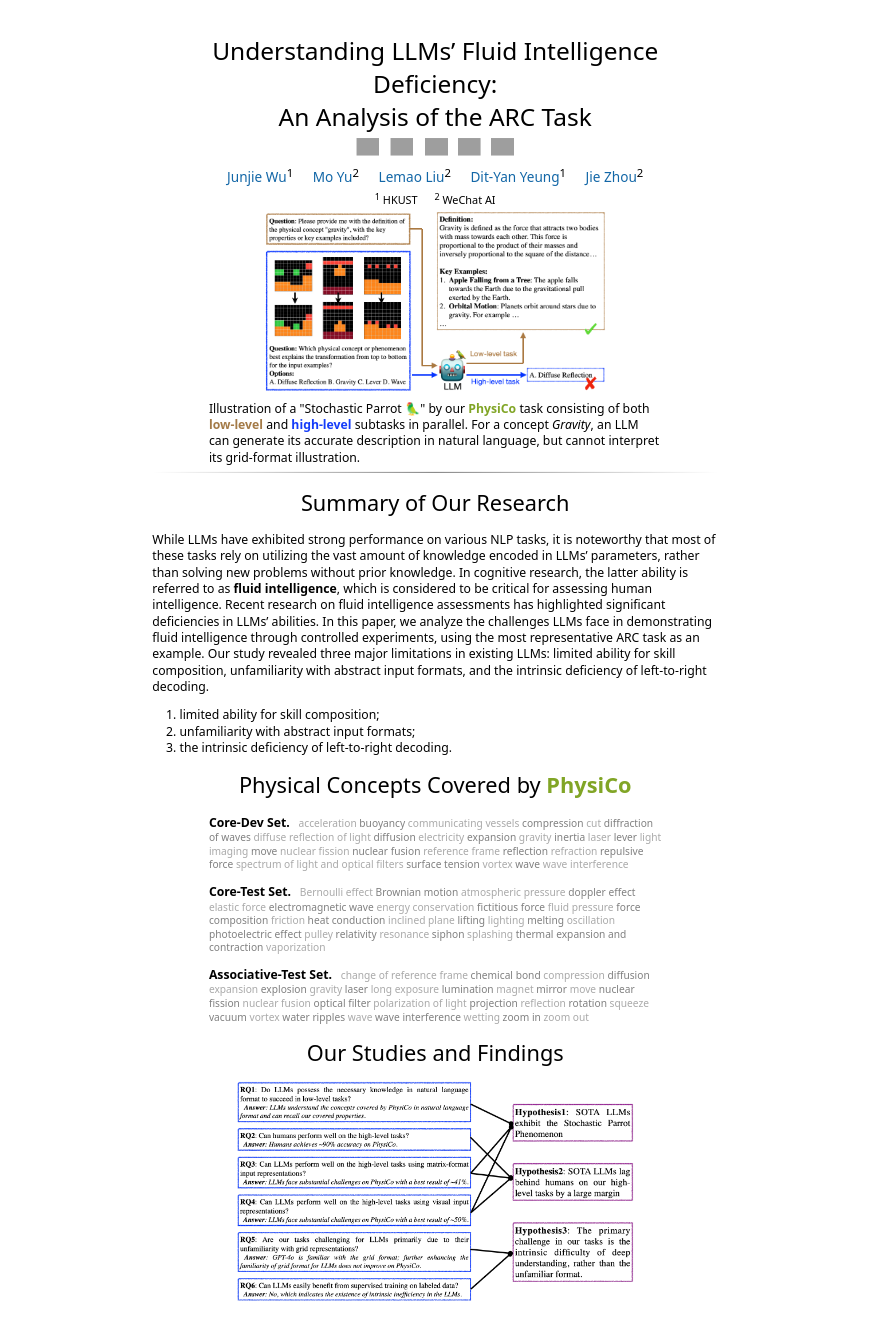
Repository: wujunjie1998/araoc-benchmark.github.io
Page: index.html
The author's editor kept a copy of each file at every save. The page is drawn from the files as they stood at one save, then again after the next save.
The browser window is 1280 px wide. The pictures show the whole page, at 68% of full size.
Pictures or frames that could not be fetched are drawn as grey boxes.

Above is the page before, as saved 2025-02-07 21:14:11.

### index.html
<html>
  <head>
    <title>
      Understanding LLMs’ Fluid Intelligence Deficiency: An Analysis of the ARC Task
    </title>
    <link
      rel="icon"
      href="data:[embedded picture, 137 characters]"
    />
    <meta charset="UTF-8" />
    <meta name="viewport" content="width=device-width, initial-scale=1" />
    <link rel="stylesheet" href="./css/index.css" />
  </head>

  <body>
    <div class="header">
      <div class="paper-title">
        Understanding LLMs’ Fluid Intelligence Deficiency:
        <br />
        An Analysis of the ARC Task
      </div>
      <div>
        <!-- * Paper -->
        <span class="link-block">
          <a target="_blank" href="./paper.pdf"
            ><img
              class="badge"
              src="https://img.shields.io/badge/Paper-PDF-red?&labelColor=lightgray&logo=arxiv&logoColor=brown" /><img
          /></a>
        </span>
        <!-- * Dataset -->
        <span class="link-block">
          <a
            target="_blank"
            href="https://huggingface.co/datasets/ShunchiZhang/PhysiCo/"
            ><img
              class="badge"
              src="https://img.shields.io/badge/HuggingFace-Dataset-yellow?labelColor=lightgray&logo=huggingface" /><img
          /></a>
        </span>
        <!-- * Code -->
        <span class="link-block">
          <a target="_blank" href="https://github.com/physico-benchmark/physico"
            ><img
              class="badge"
              src="https://img.shields.io/badge/GitHub-Code-gray?labelColor=lightgray&logo=github&logoColor=gray" /><img /></a
        ></span>
        <!-- * Leaderboard -->
        <span class="link-block">
          <a href="./leaderboard.html"
            ><img
              class="badge"
              src="https://img.shields.io/badge/Leaderboard-Visit-blue?labelColor=lightgray&logo=stackblitz&logoColor=367BAF" /><img /></a
        ></span>
        <!-- * X Threads -->
        <span class="link-block">
          <a href="https://x.com/jieeijjie/status/1876713099752861782"
            ><img
              class="badge"
              src="https://img.shields.io/badge/Threads-black?labelColor=lightgray&logo=x&logoColor=gray" /><img /></a
        ></span>
      </div>
      <div>
        <div class="author-list">
          <span class="author-block"
            ><a href="https://wujunjie1998.github.io/">Junjie Wu</a
            ><sup>1</sup></span
          >
          <span class="author-block"
            ><a href="https://sites.google.com/site/moyunlp/">Mo Yu</a
            ><sup>2</sup></span
          >
          <span class="author-block"
            ><a href="https://lemaoliu.github.io/homepage/">Lemao Liu</a
            ><sup>2</sup></span
          >
          <span class="author-block"
            ><a href="https://sites.google.com/view/dyyeung">Dit-Yan Yeung</a
            ><sup>1</sup></span
          >
          <span class="author-block"
            ><a href="https://openreview.net/profile?id=~Jie_Zhou8">Jie Zhou</a
            ><sup>2</sup></span
          >
        </div>
        <div class="inst-list">
          <span class="institution-block"><sup>1</sup> HKUST</span>
          <span class="institution-block"><sup>2</sup> WeChat AI</span>
        </div>
      </div>
    </div>

    <div class="teaser">
      <center>
        <img src="./img/teaser.png" />
        <figcaption>
          Illustration of a "Stochastic Parrot 🦜" by our
          <span class="dataset-name">PhysiCo</span> task consisting of both
          <b style="color: #a47b48">low-level</b> and
          <b style="color: #153cf9">high-level</b> subtasks in parallel. For a
          concept <i>Gravity</i>, an LLM can generate its accurate description
          in natural language, but cannot interpret its grid-format
          illustration.
        </figcaption>
      </center>
    </div>

    <hr />

    <!-- ^ Summary of Our Research -->
    <center><h1>Summary of Our Research</h1></center>
    <div class="content">
      <!-- <p style="font-size: large; text-align: center">
        <b>TL;DR:</b>
      </p> -->
      <p>
        While LLMs have exhibited strong performance on various NLP tasks, it is noteworthy that most of these tasks rely on utilizing the vast amount of knowledge encoded in LLMs’ parameters, rather than solving new problems without prior knowledge. In cognitive research, the latter ability is referred to as <strong>fluid intelligence</strong>, which is considered to be critical for assessing human intelligence. Recent research on fluid intelligence assessments has highlighted significant deficiencies in LLMs’ abilities. In this paper, we analyze the challenges LLMs face in demonstrating fluid intelligence through controlled experiments, using the most representative ARC task as an example. Our study revealed three major limitations in existing LLMs: limited ability for skill composition, unfamiliarity with abstract input formats, and the intrinsic deficiency of left-to-right decoding.
      </p>
      <ol>
        <li>limited ability for skill composition;</li>
        <li>
          unfamiliarity with abstract input formats;
        </li>
        <li>
          the intrinsic deficiency of left-to-right decoding.
        </li>
      </ol>
    </div>

    <!-- ^ Physical Concepts Covered by `PhysiCo` -->
    <center>
      <h1>
        Physical Concepts Covered by <span class="dataset-name">PhysiCo</span>
      </h1>
    </center>
    <div class="content narrower">
      <p>
        <strong>Core-Dev Set.</strong>&ensp;<span style="font-size: smaller">
          <span style="color: darkgray">acceleration</span>
          <span style="color: gray">buoyancy</span>
          <span style="color: darkgray">communicating vessels</span>
          <span style="color: gray">compression</span>
          <span style="color: darkgray">cut</span>
          <span style="color: gray">diffraction of waves</span>
          <span style="color: darkgray">diffuse reflection of light</span>
          <span style="color: gray">diffusion</span>
          <span style="color: darkgray">electricity</span>
          <span style="color: gray">expansion</span>
          <span style="color: darkgray">gravity</span>
          <span style="color: gray">inertia</span>
          <span style="color: darkgray">laser</span>
          <span style="color: gray">lever</span>
          <span style="color: darkgray">light imaging</span>
          <span style="color: gray">move</span>
          <span style="color: darkgray">nuclear fission</span>
          <span style="color: gray">nuclear fusion</span>
          <span style="color: darkgray">reference frame</span>
          <span style="color: gray">reflection</span>
          <span style="color: darkgray">refraction</span>
          <span style="color: gray">repulsive force</span>
          <span style="color: darkgray"
            >spectrum of light and optical filters</span
          >
          <span style="color: gray">surface tension</span>
          <span style="color: darkgray">vortex</span>
          <span style="color: gray">wave</span>
          <span style="color: darkgray">wave interference</span></span
        >
      </p>
      <p>
        <strong>Core-Test Set.</strong>&ensp;<span style="font-size: smaller">
          <span style="color: darkgray">Bernoulli effect</span>
          <span style="color: gray">Brownian motion</span>
          <span style="color: darkgray">atmospheric pressure</span>
          <span style="color: gray">doppler effect</span>
          <span style="color: darkgray">elastic force</span>
          <span style="color: gray">electromagnetic wave</span>
          <span style="color: darkgray">energy conservation</span>
          <span style="color: gray">fictitious force</span>
          <span style="color: darkgray">fluid pressure</span>
          <span style="color: gray">force composition</span>
          <span style="color: darkgray">friction</span>
          <span style="color: gray">heat conduction</span>
          <span style="color: darkgray">inclined plane</span>
          <span style="color: gray">lifting</span>
          <span style="color: darkgray">lighting</span>
          <span style="color: gray">melting</span>
          <span style="color: darkgray">oscillation</span>
          <span style="color: gray">photoelectric effect</span>
          <span style="color: darkgray">pulley</span>
          <span style="color: gray">relativity</span>
          <span style="color: darkgray">resonance</span>
          <span style="color: gray">siphon</span>
          <span style="color: darkgray">splashing</span>
          <span style="color: gray">thermal expansion and contraction</span>
          <span style="color: darkgray">vaporization</span></span
        >
      </p>
      <p>
        <strong>Associative-Test Set.</strong>&ensp;<span
          style="font-size: smaller"
        >
          <span style="color: darkgray">change of reference frame</span>
          <span style="color: gray">chemical bond</span>
          <span style="color: darkgray">compression</span>
          <span style="color: gray">diffusion</span>
          <span style="color: darkgray">expansion</span>
          <span style="color: gray">explosion</span>
          <span style="color: darkgray">gravity</span>
          <span style="color: gray">laser</span>
          <span style="color: darkgray">long exposure</span>
          <span style="color: gray">lumination</span>
          <span style="color: darkgray">magnet</span>
          <span style="color: gray">mirror</span>
          <span style="color: darkgray">move</span>
          <span style="color: gray">nuclear fission</span>
          <span style="color: darkgray">nuclear fusion</span>
          <span style="color: gray">optical filter</span>
          <span style="color: darkgray">polarization of light</span>
          <span style="color: gray">projection</span>
          <span style="color: darkgray">reflection</span>
          <span style="color: gray">rotation</span>
          <span style="color: darkgray">squeeze</span>
          <span style="color: gray">vacuum</span>
          <span style="color: darkgray">vortex</span>
          <span style="color: gray">water ripples</span>
          <span style="color: darkgray">wave</span>
          <span style="color: gray">wave interference</span>
          <span style="color: darkgray">wetting</span>
          <span style="color: gray">zoom in</span>
          <span style="color: darkgray">zoom out</span></span
        >
      </p>
    </div>

    <!-- ^ Our Studies and Findings -->
    <center><h1>Our Studies and Findings</h1></center>
    <div class="content">
      <!-- <p>Foo Bar</p> -->
      <center>
        <img src="./img/rq.png" width="70%" />
        <!-- <figcaption style="text-align: center">
          6 Research Questions (RQs) and 3 Hypotheses
        </figcaption> -->
      </center>
    </div>
  </body>
</html>

### css/index.css
@import url("https://fonts.googleapis.com/css2?family=Noto+Sans:ital,wght@0,100..900;1,100..900&display=swap");

body {
  font-family: "Noto Sans", sans-serif;
  font-optical-sizing: auto;
  font-style: normal;
  font-variation-settings: "wdth" 100;
  font-weight: 400;
  font-size: 18px;
  margin: 50px auto;
  width: 65%;
}

div.header,
div.teaser,
div.content {
  margin-left: auto;
  margin-right: auto;
}

div.narrower {
  width: 80% !important;
}

div.header div {
  margin: 6px;
  text-align: center;
}

div.teaser img {
  max-width: 60%;
}

.paper-title {
  font-size: 36px;
}

.author-block {
  font-size: 20px;
  margin: 0px 12px;
}

.institution-block {
  font-size: 16px;
  margin: 0px 10px;
}

.note-block {
  color: gray;
  font-size: 16px;
}

.link-block {
  font-size: 24px;
  font-weight: bold;
  margin: 0px 5px;
}

.badge {
  width: auto;
  height: 2vw;
}

.dataset-name {
  font-weight: bold;
  color: #81a526;
}

h1 {
  font-size: 32px;
  font-weight: 300;
}

.disclaimerbox {
  background-color: #eee;
  border: 1px solid #eeeeee;
  border-radius: 10px;
  -moz-border-radius: 10px;
  -webkit-border-radius: 10px;
  padding: 20px;
}

video.header-vid {
  height: 140px;
  border: 1px solid black;
  border-radius: 10px;
  -moz-border-radius: 10px;
  -webkit-border-radius: 10px;
}

figcaption {
  margin: 10px 0px;
  width: 80%;
  text-align: left;
}

img.header-img {
  height: 140px;
  border: 1px solid black;
  border-radius: 10px;
  -moz-border-radius: 10px;
  -webkit-border-radius: 10px;
}

img.rounded {
  border: 1px solid #eeeeee;
  border-radius: 10px;
  -moz-border-radius: 10px;
  -webkit-border-radius: 10px;
}

a:link,
a:visited {
  color: #1367a7;
  text-decoration: none;
}
a:hover {
  color: #208799;
}

td.dl-link {
  height: 160px;
  text-align: center;
  font-size: 22px;
}

.vert-cent {
  position: relative;
  top: 50%;
  transform: translateY(-50%);
}

hr {
  border: 0;
  height: 1px;
  background-image: linear-gradient(
    to right,
    rgba(0, 0, 0, 0),
    rgba(0, 0, 0, 0.75),
    rgba(0, 0, 0, 0)
  );
}

.citation {
  text-align: left;
  font-family: monospace;
  font-size: 8pt;
  text-wrap: auto;
}

@media screen and (max-width: 1120px) {
  body {
    font-size: 16px;
    width: 90%;
  }
  div.teaser img {
    max-width: 100%;
  }
  .paper-title {
    font-size: 26px;
  }
  .author-block,
  .institution-block,
  .note-block {
    font-size: 14px;
  }
  .link-block {
    font-size: 20px;
  }
  .badge {
    width: auto;
    height: 28px;
    margin-top: 3px;
    margin-bottom: 3px;
  }
  h1 {
    font-size: 26px;
  }
}

After the next save:
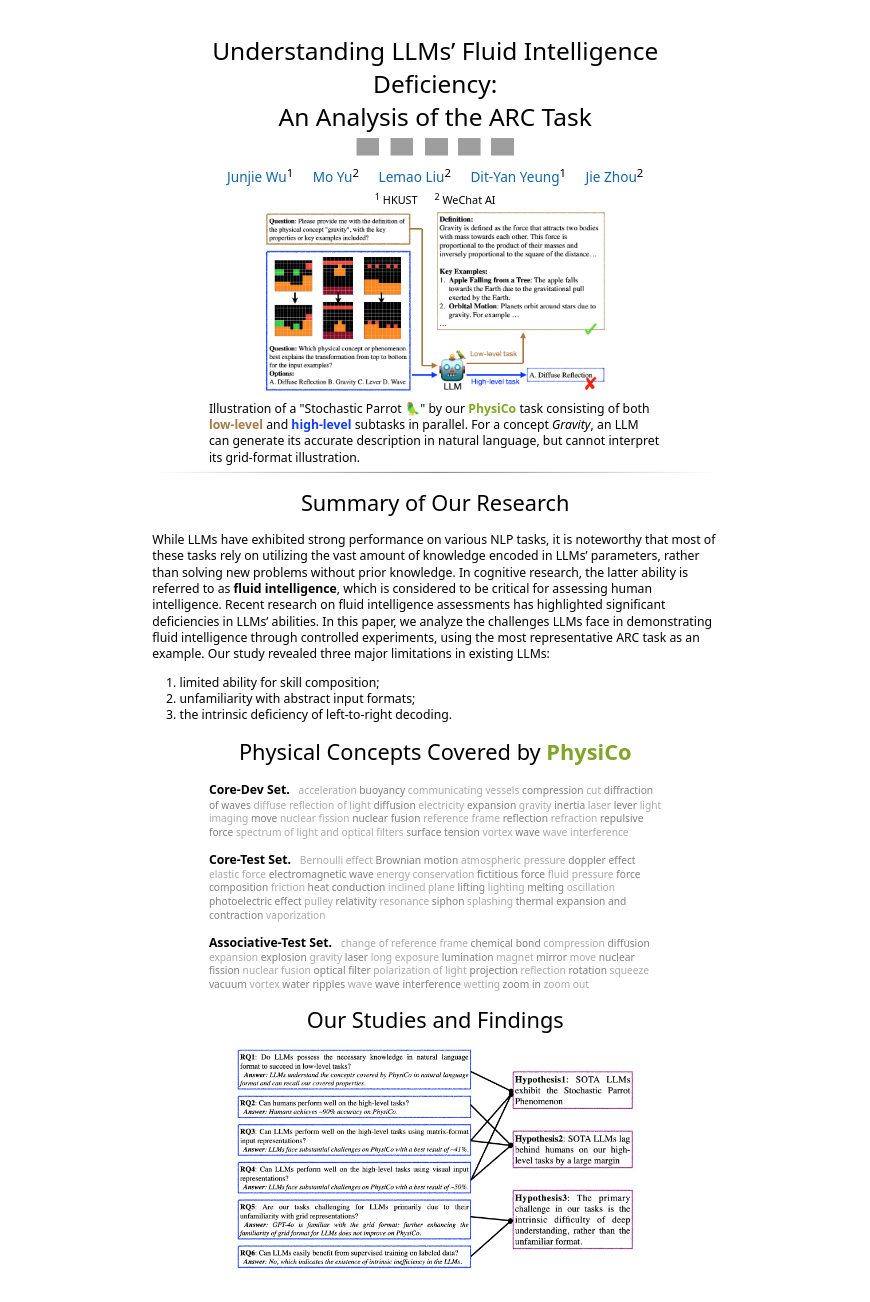
Saved 4 s later.
--- a/index.html
+++ b/index.html
@@ -114,7 +114,7 @@
         <b>TL;DR:</b>
       </p> -->
       <p>
-        While LLMs have exhibited strong performance on various NLP tasks, it is noteworthy that most of these tasks rely on utilizing the vast amount of knowledge encoded in LLMs’ parameters, rather than solving new problems without prior knowledge. In cognitive research, the latter ability is referred to as <strong>fluid intelligence</strong>, which is considered to be critical for assessing human intelligence. Recent research on fluid intelligence assessments has highlighted significant deficiencies in LLMs’ abilities. In this paper, we analyze the challenges LLMs face in demonstrating fluid intelligence through controlled experiments, using the most representative ARC task as an example. Our study revealed three major limitations in existing LLMs: limited ability for skill composition, unfamiliarity with abstract input formats, and the intrinsic deficiency of left-to-right decoding.
+        While LLMs have exhibited strong performance on various NLP tasks, it is noteworthy that most of these tasks rely on utilizing the vast amount of knowledge encoded in LLMs’ parameters, rather than solving new problems without prior knowledge. In cognitive research, the latter ability is referred to as <strong>fluid intelligence</strong>, which is considered to be critical for assessing human intelligence. Recent research on fluid intelligence assessments has highlighted significant deficiencies in LLMs’ abilities. In this paper, we analyze the challenges LLMs face in demonstrating fluid intelligence through controlled experiments, using the most representative ARC task as an example. Our study revealed three major limitations in existing LLMs:
       </p>
       <ol>
         <li>limited ability for skill composition;</li>
